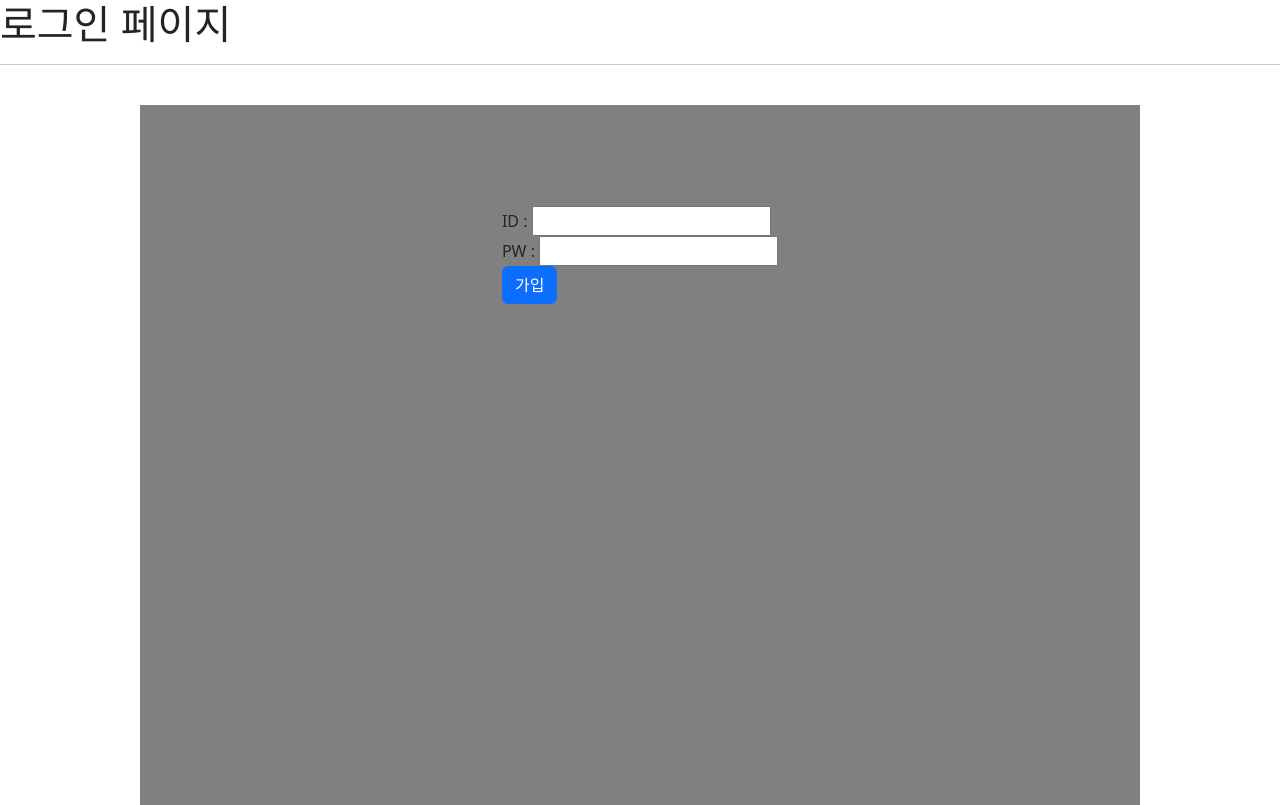
Repository: yangone8249/jsp_project
Page: http://localhost/yang_project/member/MemberLogin.jsp
An editor plug-in stored every save of this project. The page is shown before and after the next save, followed by the edit.
The browser window is 1280 px wide. The pictures show the whole page.
The page is served by Tomcat 9. Other server files are loaded and not shown.

Above is the page before, as saved 2023-06-01 02:05:20.

### yang_project/yang_project/src/main/webapp/member/MemberLogin.jsp
<%@ page language="java" contentType="text/html; charset=UTF-8"
    pageEncoding="UTF-8"%>
<!DOCTYPE html>
<html>
<head>
<meta charset="UTF-8">
<title>로그인</title>
<link href="https://cdn.jsdelivr.net/npm/bootstrap@5.2.3/dist/css/bootstrap.min.css" rel="stylesheet" integrity="sha384-rbsA2VBKQhggwzxH7pPCaAqO46MgnOM80zW1RWuH61DGLwZJEdK2Kadq2F9CUG65" crossorigin="anonymous">
<script src="https://cdn.jsdelivr.net/npm/bootstrap@5.2.3/dist/js/bootstrap.bundle.min.js" integrity="sha384-kenU1KFdBIe4zVF0s0G1M5b4hcpxyD9F7jL+jjXkk+Q2h455rYXK/7HAuoJl+0I4" crossorigin="anonymous"></script>

<style type="text/css">
	#content{
		width : 1000px;
		height : 700px;
		background-color: gray;
		margin:auto;
		 justify-content : center;
		display: flex;
		align-items : center;
		padding-bottom: 400px;
	}
</style>
</head>
<body>
	<h1>로그인 페이지</h1>
		<hr><br>
			<div id="content">
	<form action="/mem/login" method="post">
	ID : <input type="text" name="id"/><br>
	PW : <input type="password" name="password"/><br>
	<button type="submit" class="btn btn-primary">가입</button>
	</form>
	</div>
</body>
</html>

After the next save:
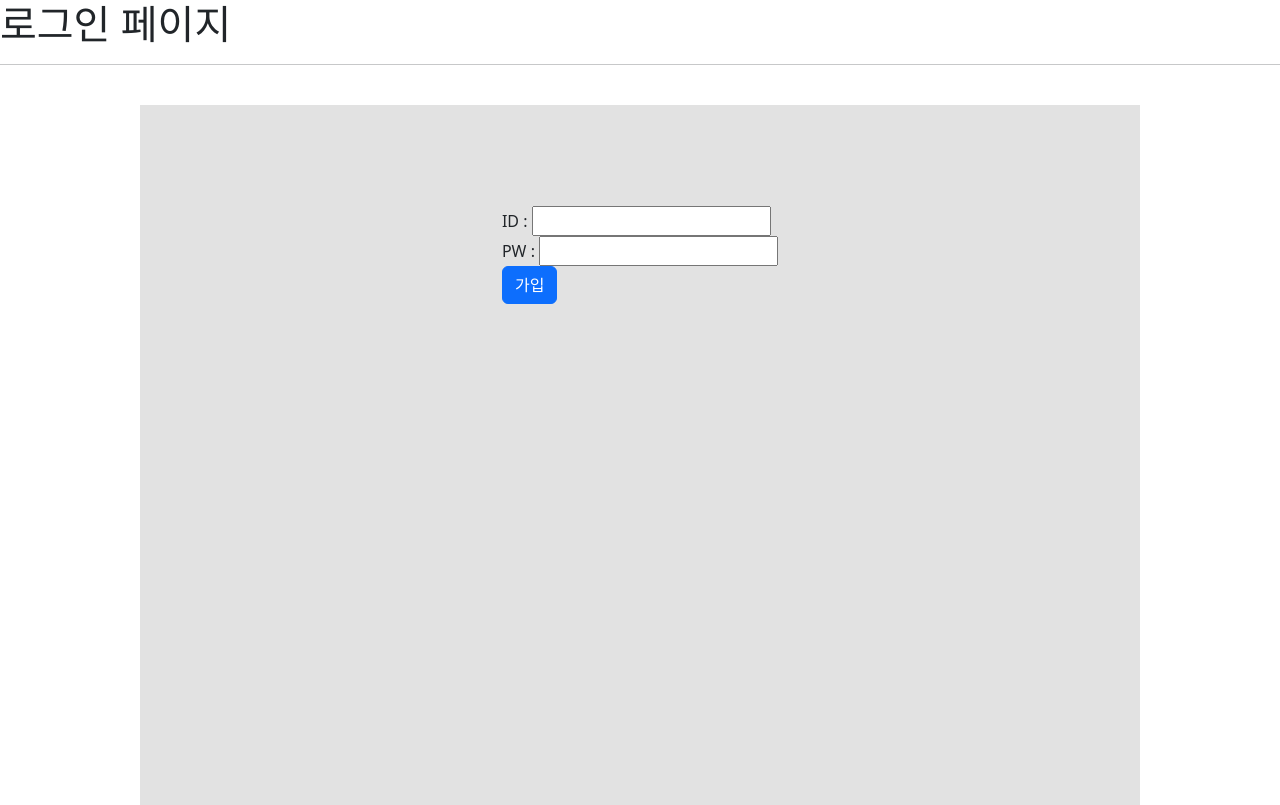
Saved 31 s later.
--- a/yang_project/yang_project/src/main/webapp/member/MemberLogin.jsp
+++ b/yang_project/yang_project/src/main/webapp/member/MemberLogin.jsp
@@ -12,7 +12,7 @@
 	#content{
 		width : 1000px;
 		height : 700px;
-		background-color: gray;
+		background-color: #E2E2E2;
 		margin:auto;
 		 justify-content : center;
 		display: flex;
